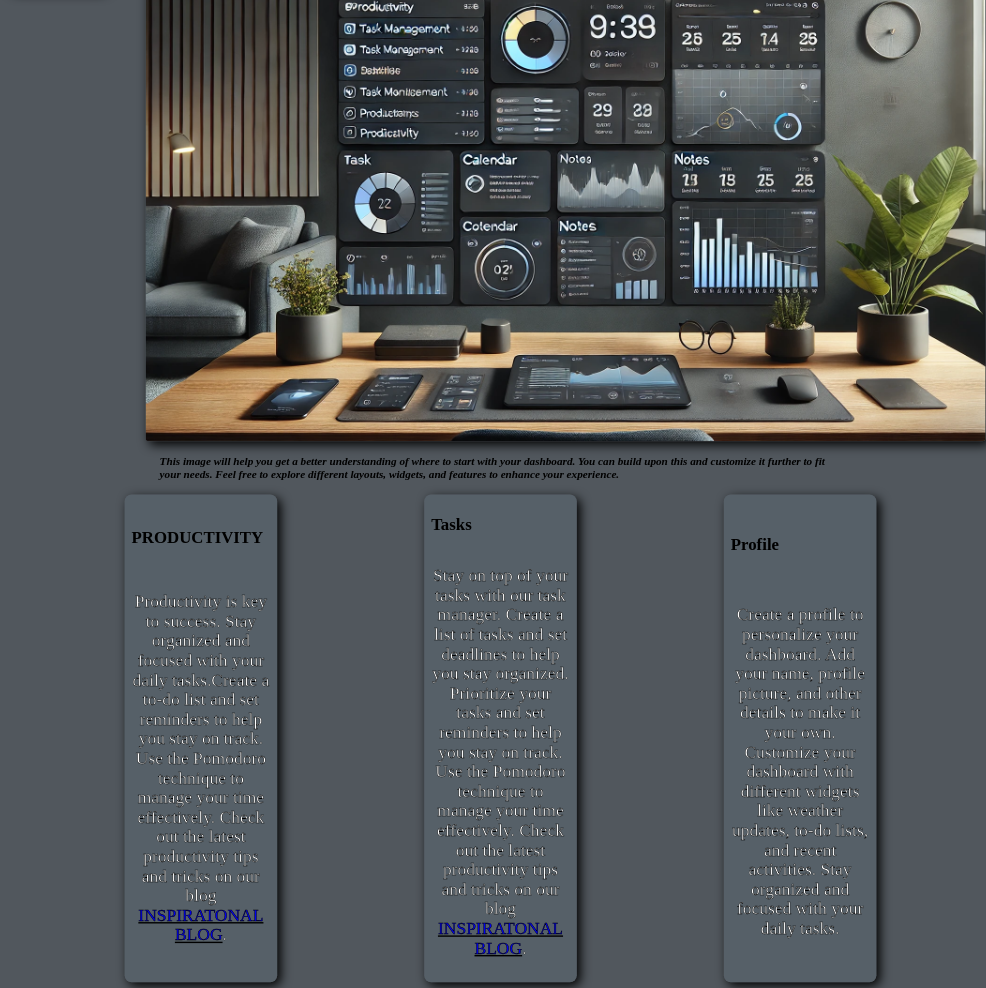
Repository: Parnicoza/testecomplete
Page: testcomplet-14.html
These files come from the project's save history. The page is drawn as it stood at one moment and after the next save; the edit follows.
The browser window is 1280 px wide. The page is 1408 px wide, so the pictures cover 1408 px, including what lies to the right of the window. The pictures show the part of the page from y = 715 to 2435 px (the page is 2127 px tall before and 2435 px after), at 70% of full size.

Above is the page before, as saved 2025-02-28 13:57:02.

### testcomplet-14.html
<!DOCTYPE html>
<html lang="en">

<head>
    <title>Personal Dashboard</title>
    <link rel="stylesheet" href="stilizaretestcomplet-14.css">
    <link rel="icon" href="imaginitestecomplete/dashboard.ico">
</head>

<body>
    <div class="background-for-the-heading" id="Home">
        <h1 class="main-heading">Your Personalized Dashboard</h1>
    </div>

    <div class="thesamebackground">
        <p class="paragraph-gradient">Your personal dashboard keeps everything organized. Access your daily tasks,
            reminders, and quick shortcuts in one place.Customize your dashboard with different widgets like weather
            updates to-do lists, and recent activities</p>
    </div>

    <div class="divimage">
        <figure>
            <img src="imaginitestecomplete/productivity.jpg" alt="productivity image" width="1200" class="image"
                title="Productivity image" usemap="#dashboard-map" id="Tasks">
            <map name="dashboard-map">
                <area shape="rect" coords="341,127,487,280" href="https://blog.productivity.directory/"
                    alt="Productivity blog" target="_blank">
                <area shape="rect" coords="670,134,825,280" href="https://blog.productivity.directory/"
                    alt="Productivity blog" target="_blank">
            </map>
            <figcaption class="figcaption">This image will help you get a better understanding of where to start with
                your dashboard.
                You can build upon this and customize it further to fit your needs.
                Feel free to explore different layouts, widgets, and features to enhance your experience.
            </figcaption>
        </figure>
    </div>

    <div class="Dashboard">
        <div class="sidebar">
            <ul class="list">
                <li><a href="#Home" class="home" title="Press here to go to home page">Home</a></li>
                <li><a href="#Tasks" class="home" title="Click here to go to Tasks">Tasks</a></li>
                <li>Profile</li>
                <li>Settings</li>
            </ul>
        </div>
    </div>

    <div class="BLOCKS">
        <div class="blocks"> <!--Acesta este primul block-->
            <h2 class="headingforblock">Productivity</h2>
            <p class="paragraph-gradient1">Productivity is key to success. Stay organized and focused with your daily
                tasks.Create a to-do list and set reminders to help you stay on track. Use the Pomodoro technique to
                manage your time effectively. Check out the latest productivity tips and tricks on our blog
                <a href="https://blog.productivity.directory/" target="_blank"
                    title="Press here to find more tips and tricks">INSPIRATONAL BLOG</a>.
            </p>
        </div>

        <div class="blocks"><!--Acesta este al doilea block-->
            <h2 class="heading">Tasks</h2>
            <p class="paragraph-gradient1">Stay on top of your tasks with our task manager. Create a list of tasks and
                set deadlines to help you stay organized. Prioritize your tasks and set reminders to help you stay on
                track. Use the Pomodoro technique to manage your time effectively. Check out the latest productivity
                tips and tricks on our blog
                <a href="https://blog.productivity.directory/" target="_blank"
                    title="Press here to find more tips and tricks">INSPIRATONAL BLOG</a>.
            </p>
        </div>

        <div class="blocks"><!--Acesta este al treilea block-->
            <h2 class="heading">Profile</h2>
            <p class="paragraph-gradient1">Create a profile to personalize your dashboard. Add your name, profile picture,
                and other details to make it your own. Customize your dashboard with different widgets like weather
                updates, to-do lists, and recent activities. Stay organized and focused with your daily tasks.
            </p>

        </div>
    </div>
</body>

</html>

### stilizaretestcomplet-14.css
body{
    background-color:#51575D;
}

.main-heading{
    text-align: center;
    text-transform: uppercase;
    text-shadow: 15px 15px 15px black;
    font-size: 3.5em;
    color: black;
}

.background-for-the-heading{
    background: linear-gradient(to right, #5B6770, #9CAEBF);
    margin: 20px;
    padding: 5px;
    border-radius: 10px;
    margin-left: 170px;
}

.thesamebackground{
    background-color: rgba(91, 103, 112, 0.6) ;
    margin-left: 170px;
    margin-top: 50px;
    text-align: center;
    padding: 10px;
    border-radius: 10px;
    box-shadow: 5px 5px 15px black;
    margin-right: 20px;
}

.paragraph-gradient{
    color: #ffff;
    font-size: 3em;
    -webkit-text-stroke: 0.7px black;
    text-align: center;
}

.quote{
    border: 1px dotted black;
    padding: 10px;
    margin-left: 150px;
}

.divider{
    border: none;
    height: 4px;
    background-color: lightgray;
    border: 3px dotted black;
    margin: 14px;
    margin-left: 150px;
}

.image{
    border-radius: 5px;
    box-shadow: 5px 5px 15px black;
    display: block;
    margin: 0 auto;
}

.picture{
    margin-left: 160px;
}

.Dashboard{
    display: flex;
}

.sidebar{
    display: flex;
    flex-direction: column;
   width: 140px;
   position: fixed;
   left: 0;
   top: 0;
   height: 96vh;
   justify-content: center;
   margin: 20px;
   background-color: #6A747D;
    border-radius: 10px;
    box-shadow: -5px -5px 15px black;

}

.list{
    list-style-type: none;
    display: flex;
    flex-direction: column;
    gap: 30px;
    padding: 0;
    margin-left: 10px;
}

.container{
    margin-left: 160px;
}

.divimage{
    display: block;
    margin-left: 160px;
    margin-top: 50px;

}

.figcaption{
    font-style: italic;
    font-weight: bold;
    margin: 20px;
}

.home{
    color: black;
}

.BLOCKS{
    display: flex;
    flex-direction: row;
    justify-content: space-evenly;
    gap: 20px;
}
.blocks{
    display: flex;
    flex-direction: column;
    justify-content: space-evenly;
    width: 350px;
    margin-left: 170px;
    background-color: rgba(91, 103, 112, 0.6);
    box-shadow: 5px 5px 15px black;
    border-radius: 10px;
    padding: 10px;
    margin-right: 20px;
}

.headingforblock{
    text-align: left;
    text-transform: uppercase;
    font-weight: bold;
    color: black;
    display: flex;
}

.paragraph-gradient1{
    color: #ffff;
    -webkit-text-stroke: 0.6px black;
    font-size: 25px;
    text-align: center;
}

After the next save:
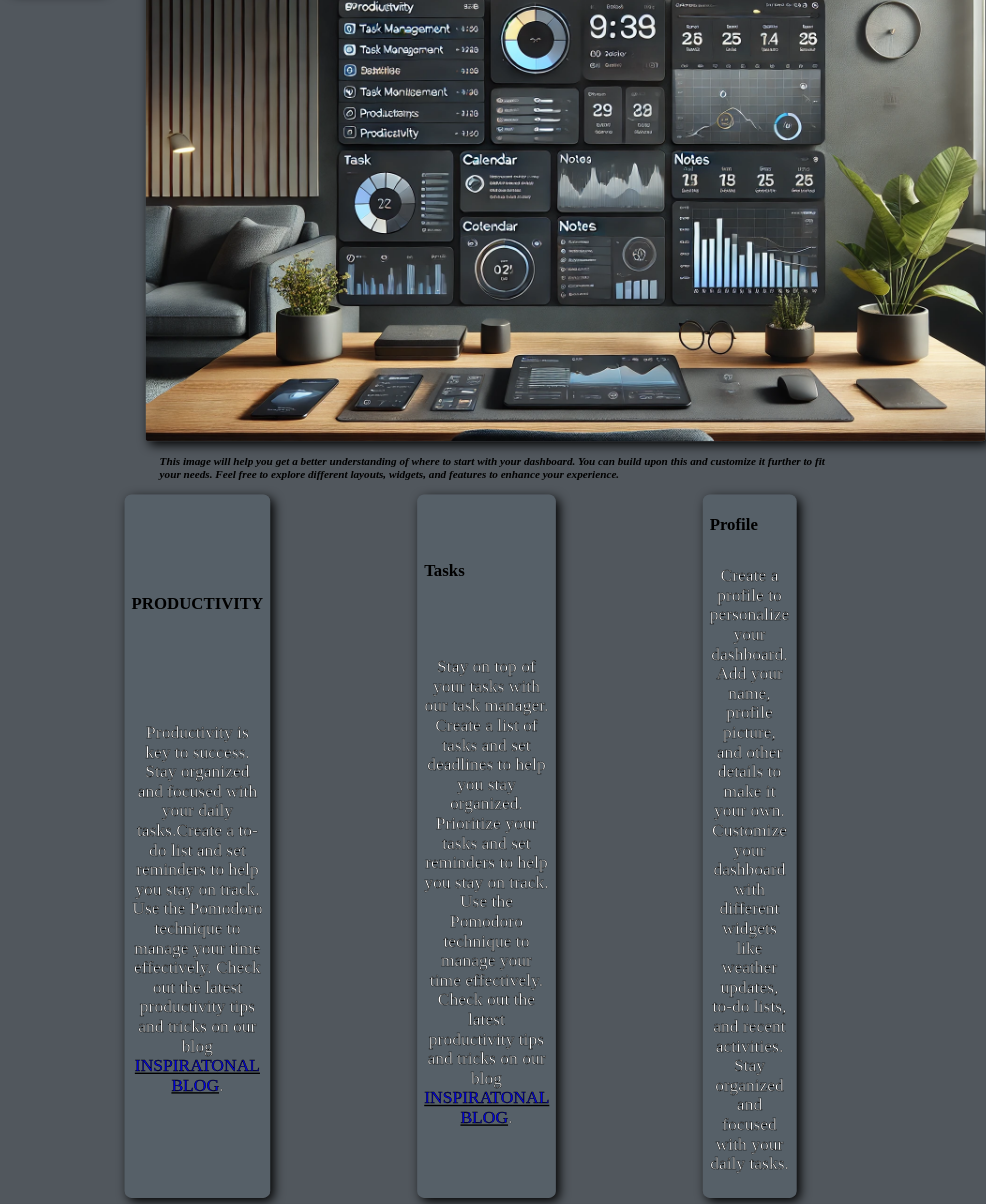
Saved 24 s later.
--- a/stilizaretestcomplet-14.css
+++ b/stilizaretestcomplet-14.css
@@ -117,6 +117,7 @@
     flex-direction: row;
     justify-content: space-evenly;
     gap: 20px;
+    width: 450px;
 }
 .blocks{
     display: flex;

After the 2 saves that followed:
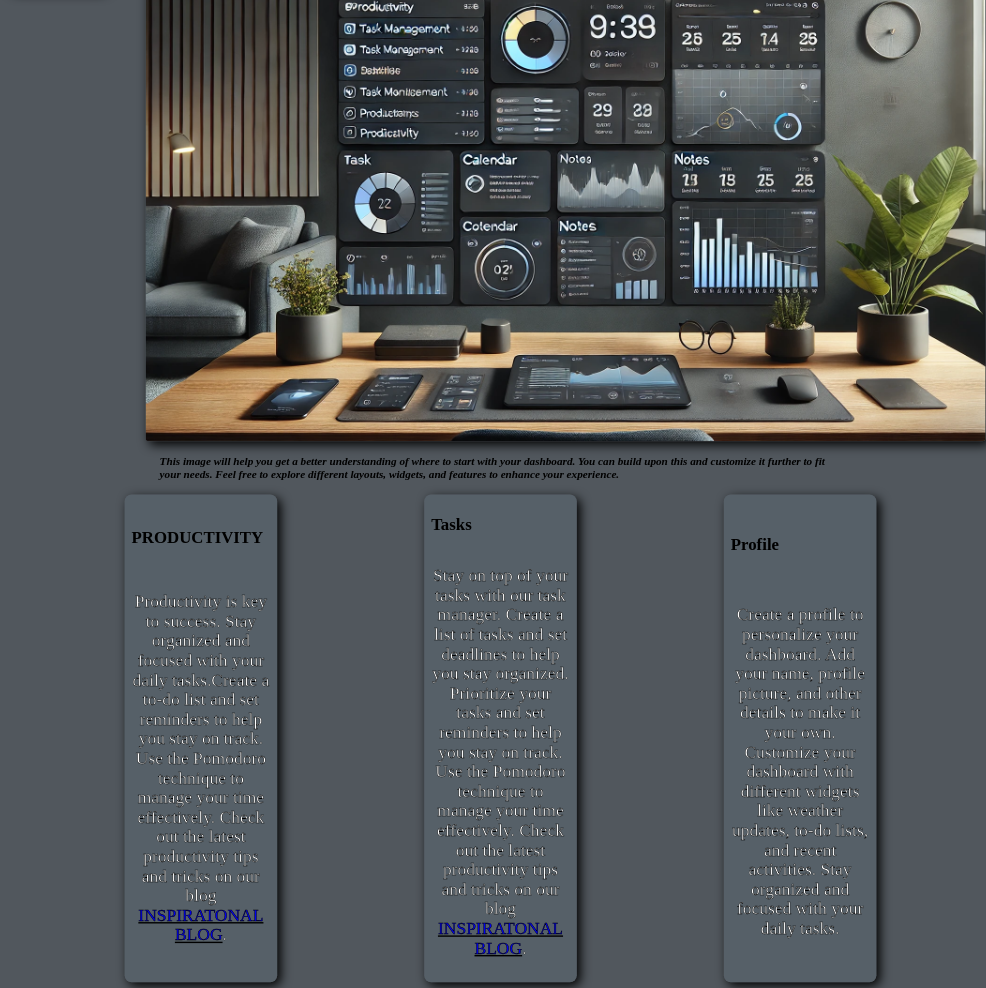
The 2 saves are shown as one change because 1 left the picture as it was.
The last was saved 28 s later.
--- a/stilizaretestcomplet-14.css
+++ b/stilizaretestcomplet-14.css
@@ -117,7 +117,6 @@
     flex-direction: row;
     justify-content: space-evenly;
     gap: 20px;
-    width: 450px;
 }
 .blocks{
     display: flex;
